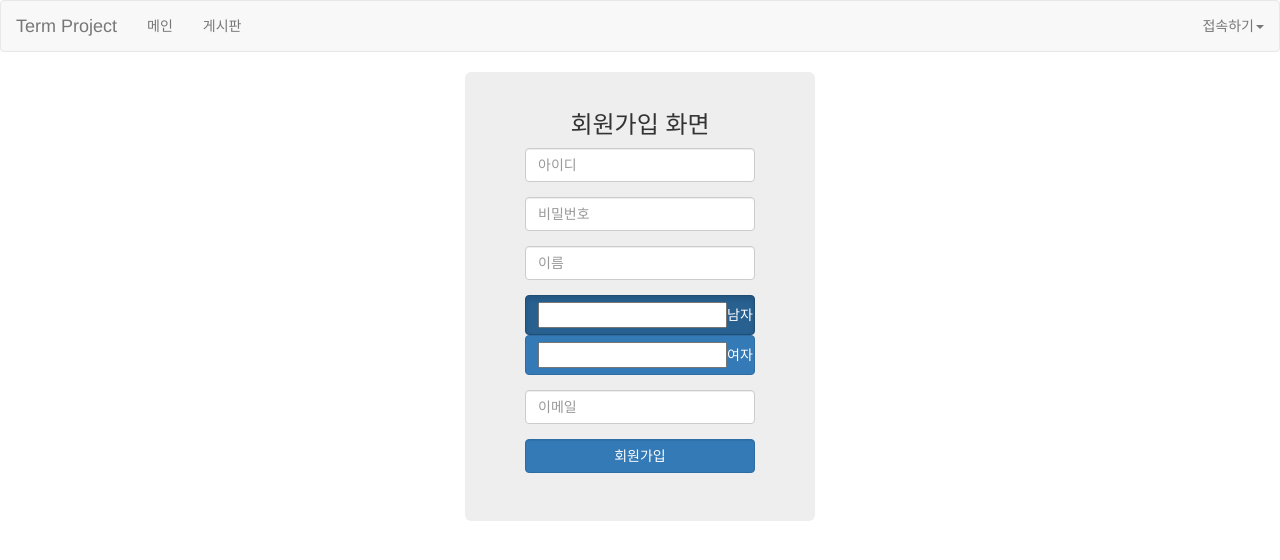
Repository: subsub97/web_bulletin-board
Page: http://localhost/BBS/join.jsp
The author's editor kept a copy of each file at every save. The page is drawn from the files as they stood at one save, then again after the next save.
The browser window is 1280 px wide. The pictures show the whole page.
Some web libraries are served in a nearby version. The page is served by Tomcat 9.

Above is the page before, as saved 2023-05-25 15:14:02.

After the next save:
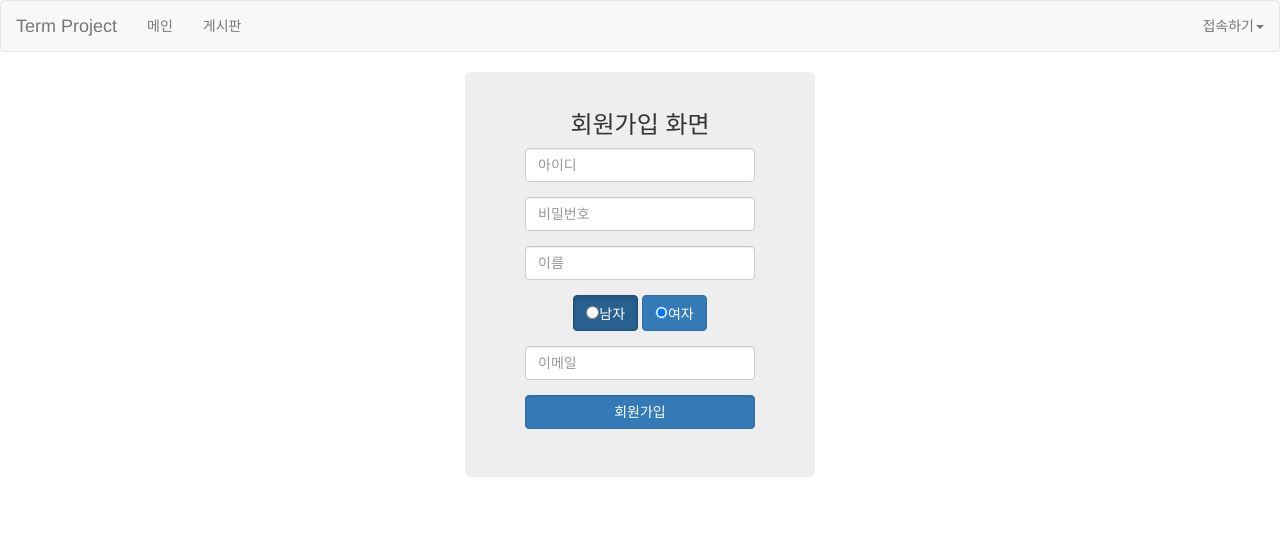
Saved 8 s later.
--- a/Projects/BBS/src/main/webapp/join.jsp
+++ b/Projects/BBS/src/main/webapp/join.jsp
@@ -55,10 +55,10 @@
 					</div>
 					<div class="form-group" style = "text-align: center;">
 						<label class ="btn btn-primary active">
-							<input  name="userGender" autocomplete="off" value = "M" checked>남자
+							<input type = "radio" name="userGender" autocomplete="off" value = "M" checked>남자
 						</label>
 						<label class ="btn btn-primary">
-							<input name="userGender" autocomplete="off" value = "F" checked>여자
+							<input type = "radio" name="userGender" autocomplete="off" value = "F" checked>여자
 						</label>
 					</div>
 					<div class="form-group">
